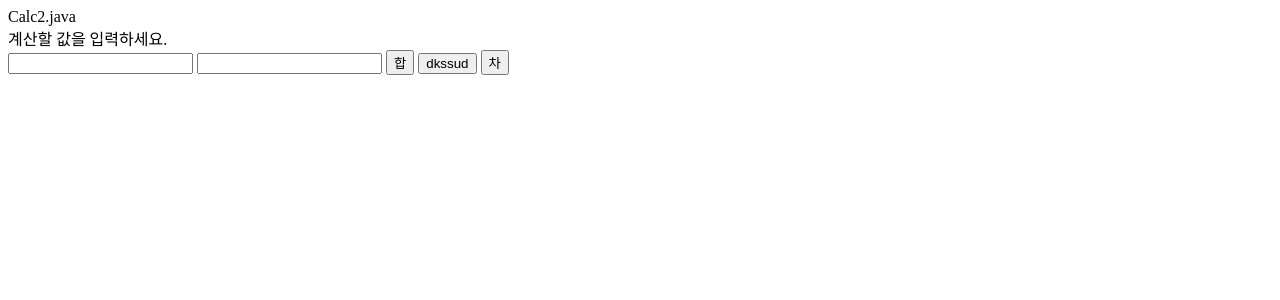
Repository: kwondam/servlet
Page: workspace/JSPPrj/WebContent/calc2.html
These files come from the project's save history. The page is drawn as it stood at one moment and after the next save; the edit follows.
The browser window is 1280 px wide. The pictures show the whole page.

Above is the page before, as saved 2020-03-25 12:56:13.

After the next save:
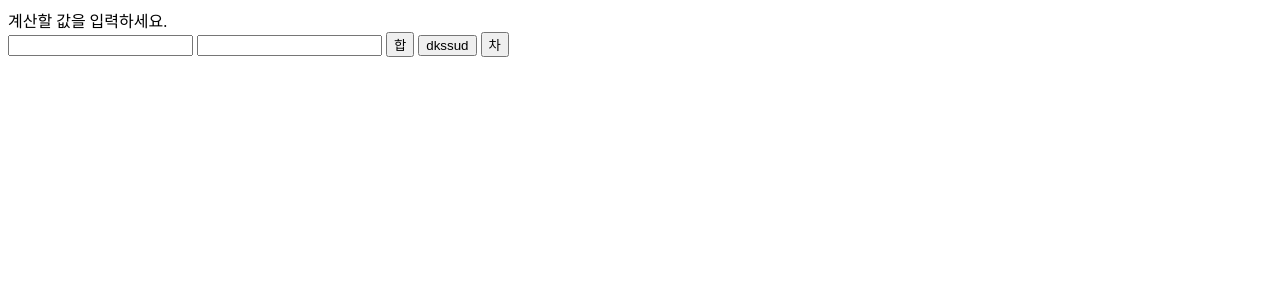
Saved 4 min 39 s later.
--- a/workspace/JSPPrj/WebContent/calc2.html
+++ b/workspace/JSPPrj/WebContent/calc2.html
@@ -1,4 +1,4 @@
-Calc2.java<!DOCTYPE html>
+<!DOCTYPE html>
 <html>
 <head>
 <meta charset="UTF-8">
